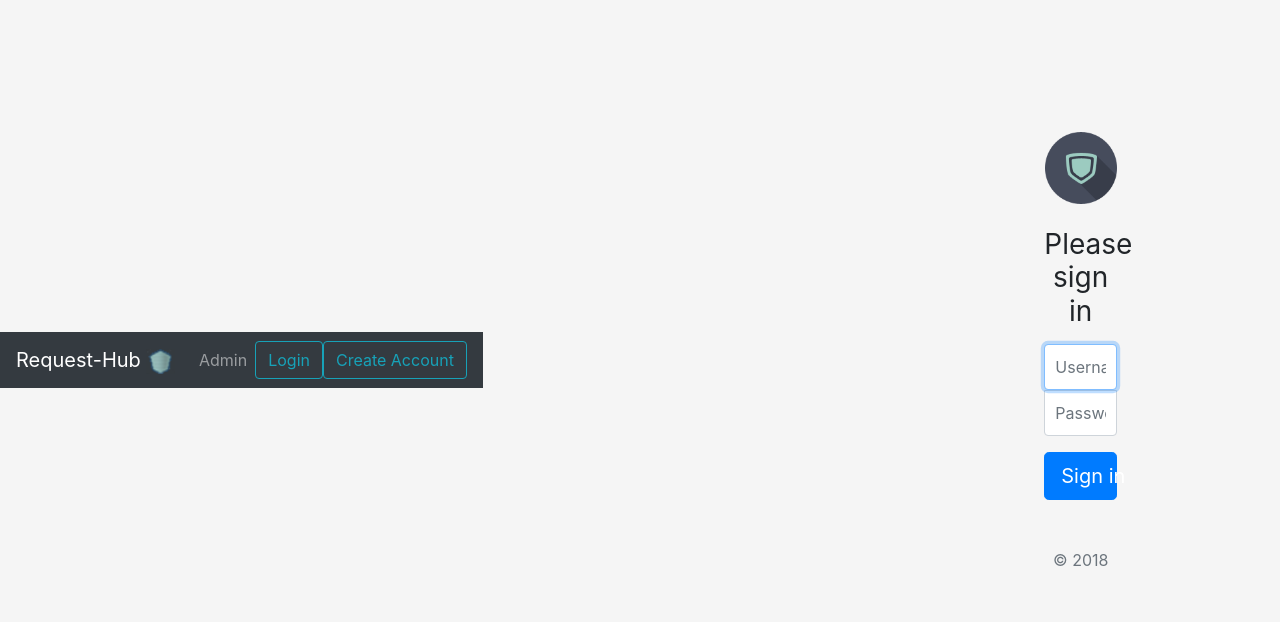
Repository: DonWhelan/Request-Hub
Page: http://localhost/userLogin.php
The author's editor kept a record of every edit. The page is drawn from the files as they stood at one moment, then again after the next edit.
The browser window is 1280 px wide. The pictures show the whole page.
The page is run by PHP 8.4 with error messages shown; the project is at /var/www/html/.

Above is the page before.

After the next edit:
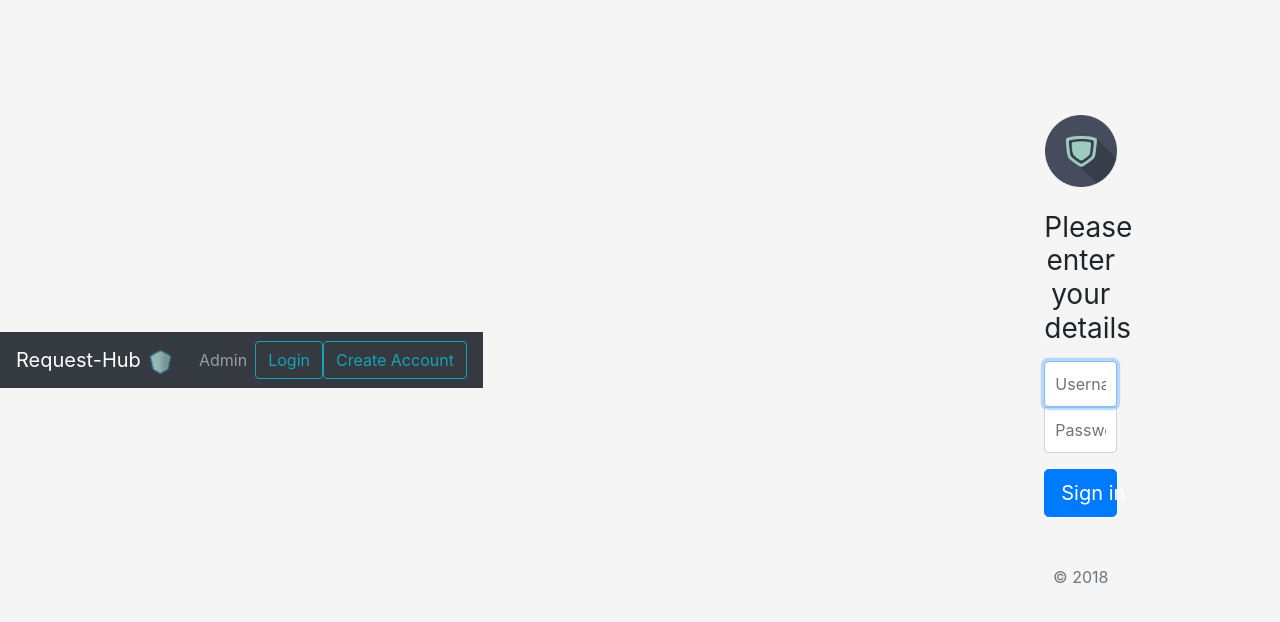
The edit:
--- a/userLogin.php
+++ b/userLogin.php
@@ -34,7 +34,7 @@
             <div class="col-sm-4">
                 <form action="indexLoginVal.php" method="post" name="Login_Form" class="form-signin">
                     <img class="mb-4" src="assets/img/icons/services-1.png" alt="" width="72" height="72">
-                    <h1 class="h3 mb-3 font-weight-normal">Please sign in</h1>
+                    <h1 class="h3 mb-3 font-weight-normal">Please enter your details</h1>
                     <label for="inputEmail" class="sr-only">Email address</label>
                     <input type="text" class="form-control" name="username" placeholder="Username" required="" autofocus="" />
                     <label for="inputPassword" class="sr-only">Password</label>
